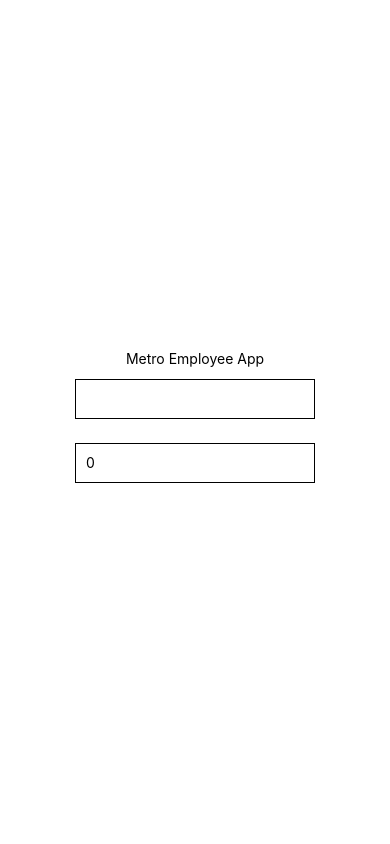
Repository: VishnuJG/Metro-Employee-App
Screen: /
These files come from the project's save history. The screen is drawn as it stood at one moment and after the next save; the edit follows.
The app was drawn by React Native's web renderer in a window 390 px wide. The project was rebuilt for these pictures with package versions that can differ from the ones it lists, and the page was loaded fresh each time.

Above is the screen before, as saved 2022-06-28 12:31:21.

After the next save:
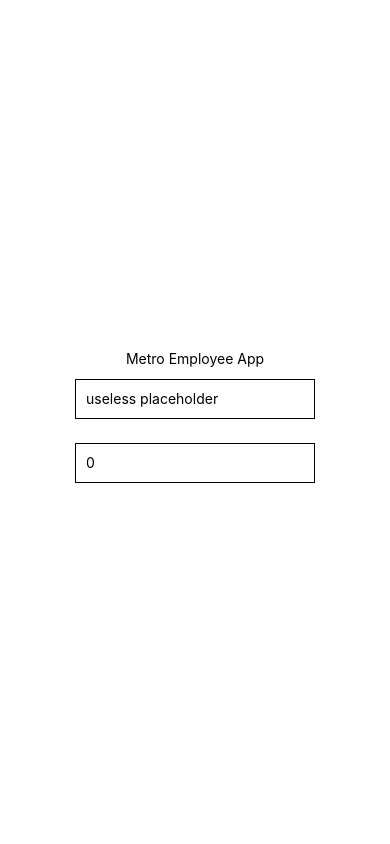
Saved 10 s later.
--- a/App.js
+++ b/App.js
@@ -16,6 +16,7 @@ export default function App() {
       <TextInput
         style={styles.input}
         onChangeText={onChangeText}
+        placeholder="useless placeholder"
         value={text}
       />
       <TextInput
